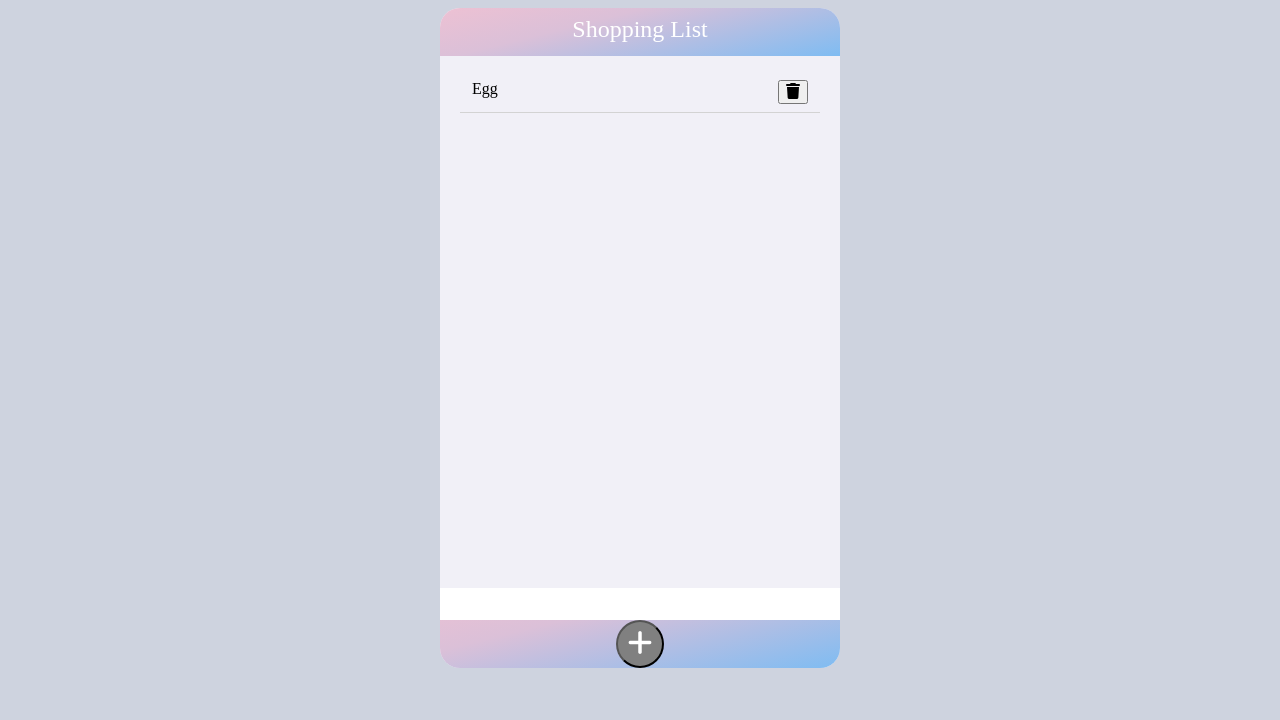
Repository: ggandory/browser101
Page: chapter5/index.html
An editor plug-in stored every save of this project. The page is shown before and after the next save, followed by the edit.
The browser window is 1280 px wide. The pictures show the whole page.
Some web libraries are served in a nearby version.

Above is the page before, as saved 2024-04-14 23:10:02.

After the next save:
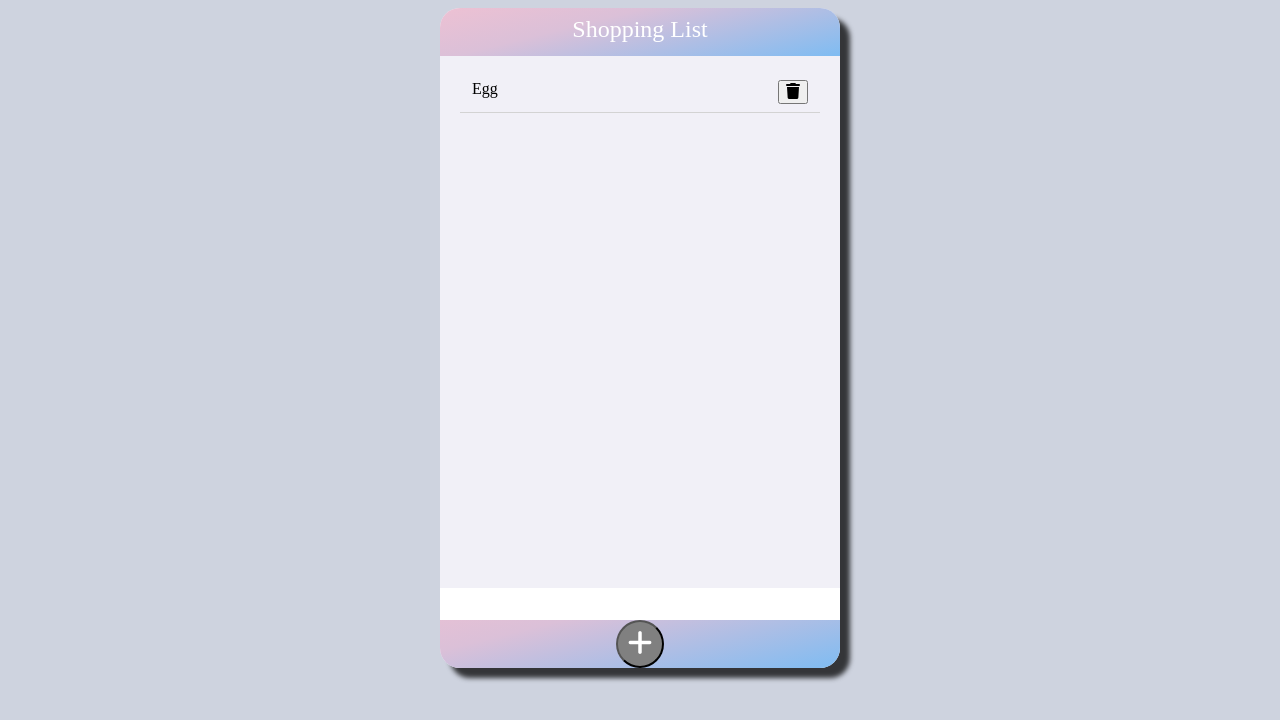
Saved 3 min 45 s later.
--- a/chapter5/style.css
+++ b/chapter5/style.css
@@ -23,6 +23,9 @@ body {
   margin: auto;
   background-color: #f1f0f7;
   border-radius: 20px;
+  box-shadow: 10px 10px 5px 0px rgba(0, 0, 0, 0.75);
+  -webkit-box-shadow: 10px 10px 5px 0px rgba(0, 0, 0, 0.75);
+  -moz-box-shadow: 10px 10px 5px 0px rgba(0, 0, 0, 0.75);
 }
 
 .header {
@@ -89,4 +92,9 @@ body {
   background-color: gray;
   border-radius: 50%;
   color: white;
+  transition: transform 300ms ease-in;
 }
+
+.footer_button:hover {
+  transform: scale(1.1);
+}
